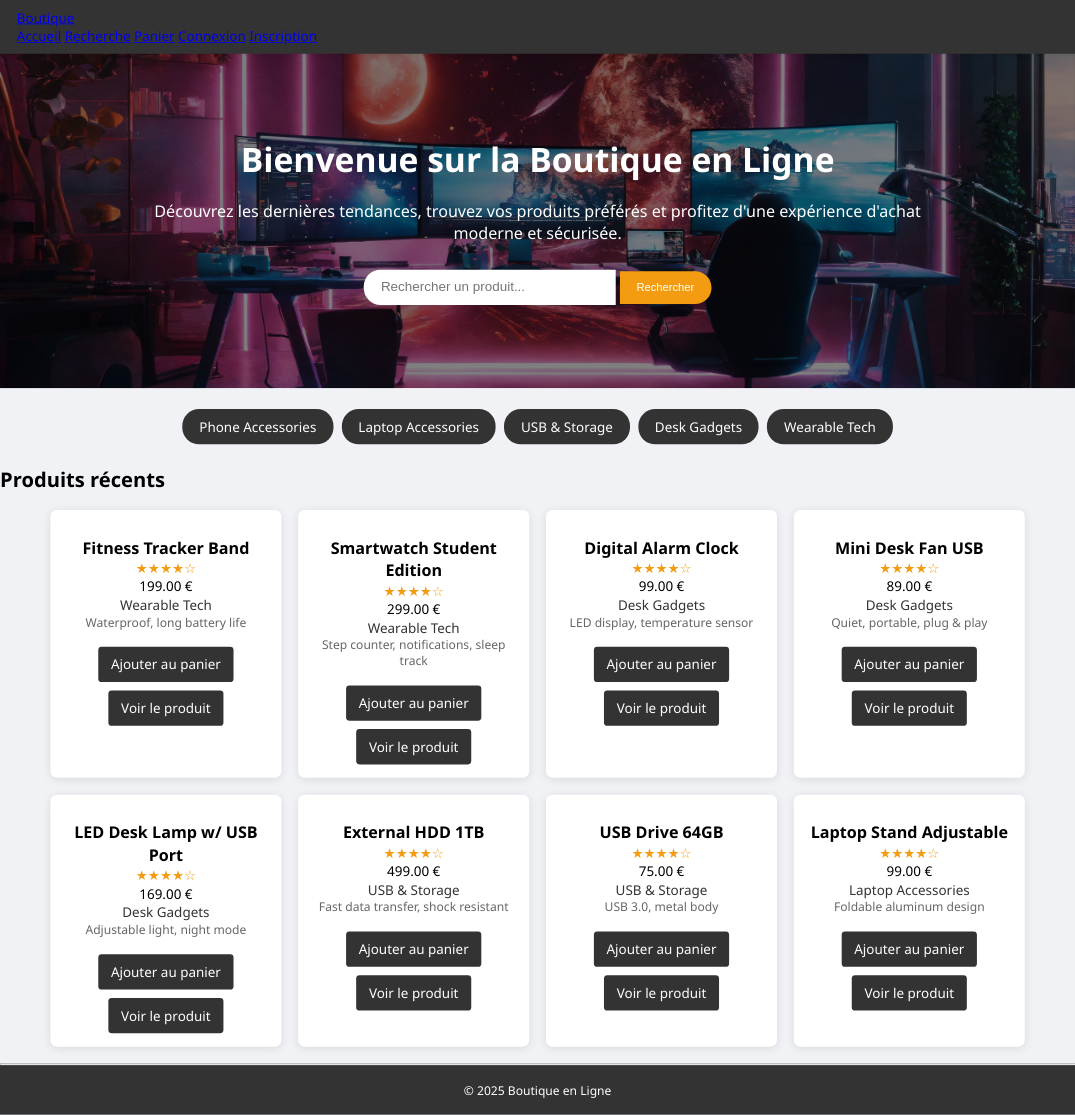
Repository: kiraj-walid/ecomerce
Page: http://localhost/
The author's editor kept a copy of each file at every save. The page is drawn from the files as they stood at one save, then again after a run of saves.
The browser window is 1280 px wide. The pictures show the whole page, at 84% of full size.
The page is run by PHP 8.4 with error messages shown; the project is at /var/www/html/. The database holds what the project's SQL file puts in it. Queries for data that is not in the repository find no rows.

Above is the page before, as saved 2025-05-07 15:10:37.

After the next 2 saves:
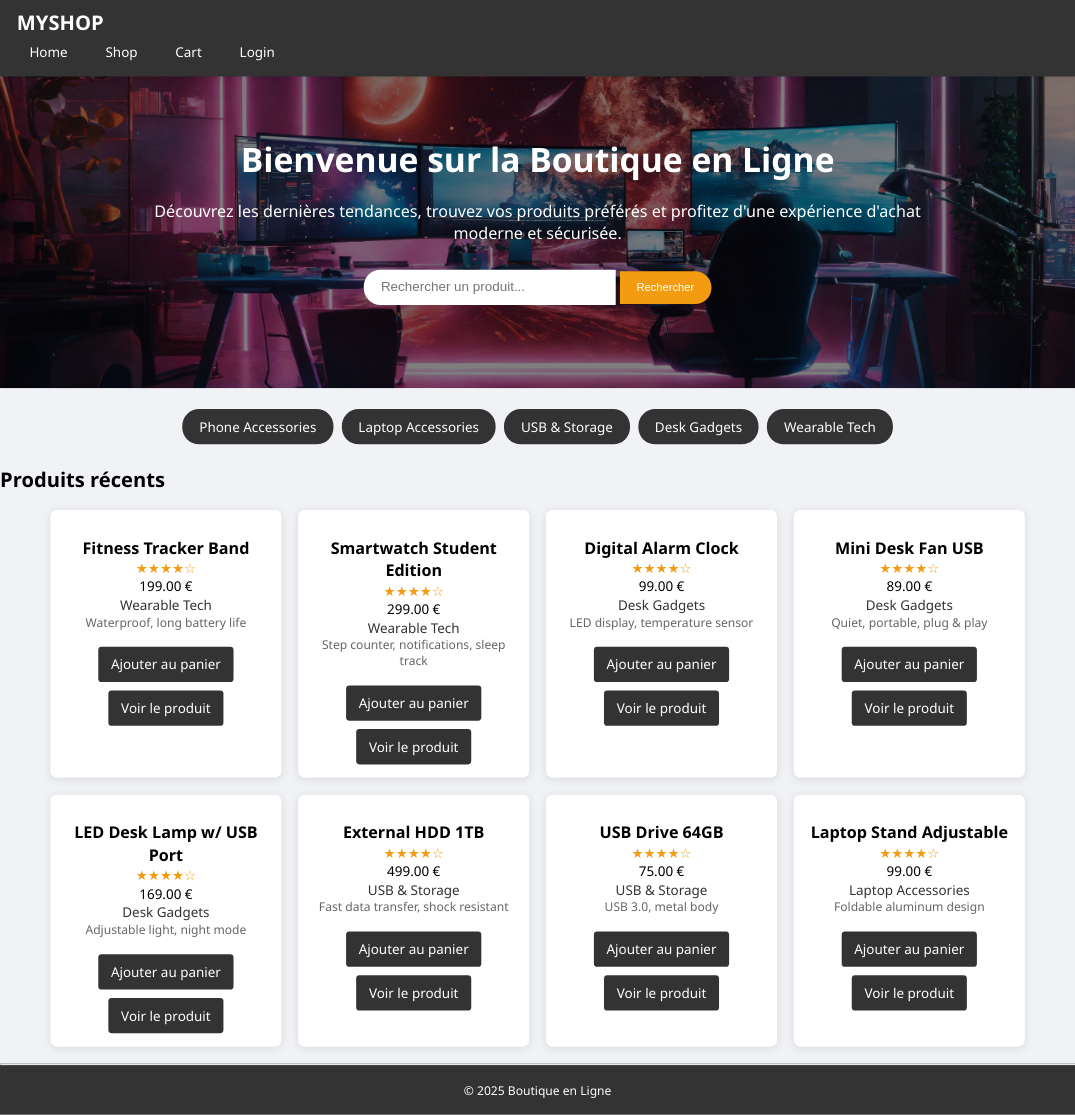
The 2 saves are shown as one change because they came seconds apart.
The last was saved 22 s later.
--- a/includes/header.php
+++ b/includes/header.php
@@ -9,7 +9,7 @@ require_once __DIR__ . '/functions.php';
     <link rel="stylesheet" href="assets/css/style.css">
 </head>
 <body>
-<nav class="navbar">
+<!-- <nav class="navbar">
     <div class="navbar-container">
         <a href="index.php" class="navbar-logo">Boutique</a>
         <div class="navbar-links">
@@ -29,5 +29,16 @@ require_once __DIR__ . '/functions.php';
             <?php endif; ?>
         </div>
     </div>
+</nav> -->
+<nav class="navbar">
+    <div class="navbar-container">
+        <a href="#" class="logo">MyShop</a>
+        <div class="nav-links">
+            <a href="index.php">Home</a>
+            <a href="shop.php">Shop</a>
+            <a href="cart.php">Cart</a>
+            <a href="login.php">Login</a>
+        </div>
+    </div>
 </nav>
 <hr>
